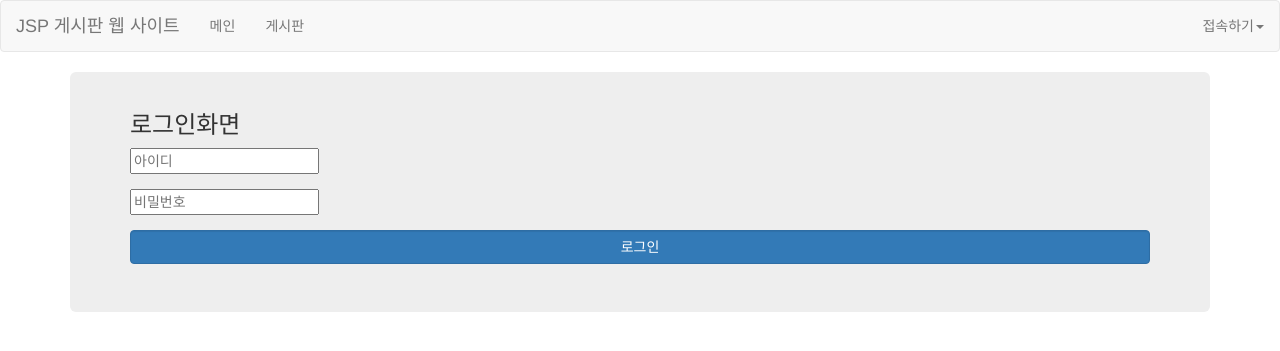
Repository: tykwon97/JSP
Page: http://localhost/BBS/join.jsp
An editor plug-in stored every save of this project. The page is shown before and after the next save, followed by the edit.
The browser window is 1280 px wide. The pictures show the whole page.
Some web libraries are served in a nearby version. The page is served by Tomcat 9. Other server files are loaded and not shown.

Above is the page before, as saved 2021-01-28 07:05:32.

### projects/BBS/WebContent/join.jsp
<%@ page language="java" contentType="text/html; charset=UTF-8"
    pageEncoding="UTF-8"%>
<!DOCTYPE html>
<html>
<head>
<meta http-equiv="Content-Type" content="text/html"; charset="UTF-8">
<meta name = "viewport", content="width=device-width", initial-scale="1">
<link rel="stylesheet" href="css/bootstrap.css">
<title>JSP 게시판 웹 사이트</title>
</head>
<body>
	<nav class="navbar navbar-default">
		<div class="navbar-header">
			<button type="button" class="navbar-toggle collapsed" data-toggle="collapse" data-target="#bs-example-navbar-collapse-1"
			aria-expanded="false">
			<span calss="icon-bar"></span>
			<span calss="icon-bar"></span>
			<span calss="icon-bar"></span>
			</button>
			<a class="navbar-brand" href="main.jsp">JSP 게시판 웹 사이트</a>
		</div>
		<div class="collapse navbar-collapse" id = "bs-example-navbar-collapse-1">
			<ul class="nav navbar-nav">
				<li><a href="main.jsp">메인</a></li>
				<li><a href="bbs.jsp">게시판</a></li>
			</ul>
			<ul class="nav navbar-nav navbar-right">
				<li class = "dropdown">
					<a href="#" class = "dropdown-toggle" data-toggle = "dropdown" role = "button" aria-haspopup="true" aria-expanded="false">
					접속하기<span class="caret"></span> <!-- 아이콘 -->
					</a>
					<ul class="dropdown-menu">
						<li class="active"><a href="login.jsp">로그인</a></li> <!-- class="active" : 현재 선택이 됨 -->
						<li ><a href="join.jsp">회원가입</a></li>
					</ul>
				</li>

			</ul>
		</div>
	</nav>

	<div class="container">
		<div class ="col-lg-4"></div>
		<div class ="col-lg-4"></div>
			<div class="jumbotron" style="padding-top : 20px;">
				<form method="post" action="loginAction.jsp">
					<h3 style = "text-align;center;">로그인화면</h3>
					<div class ="form-group">
						<input type="text" calss="form-control" placeholder="아이디" name = "userID" maxlength="20">
					</div>
					<div class ="form-group">
						<input type="password" calss="form-control" placeholder="비밀번호" name = "userPassword" maxlength="20">
					</div>
					<input type="submit" class="btn btn-primary form-control" value="로그인">
				</form>
			</div>
		<div class ="col-lg-4"></div>
	</div>
	<script src="https://code.jquery.com/jquery-3.1.1.min.js"></script>
	<script src="js/bootstrap.js"></script>
</body>
</html>

Loaded but not shown: projects/BBS/WebContent/css/bootstrap.css (library); projects/BBS/WebContent/js/bootstrap.js (library)

After the next save:
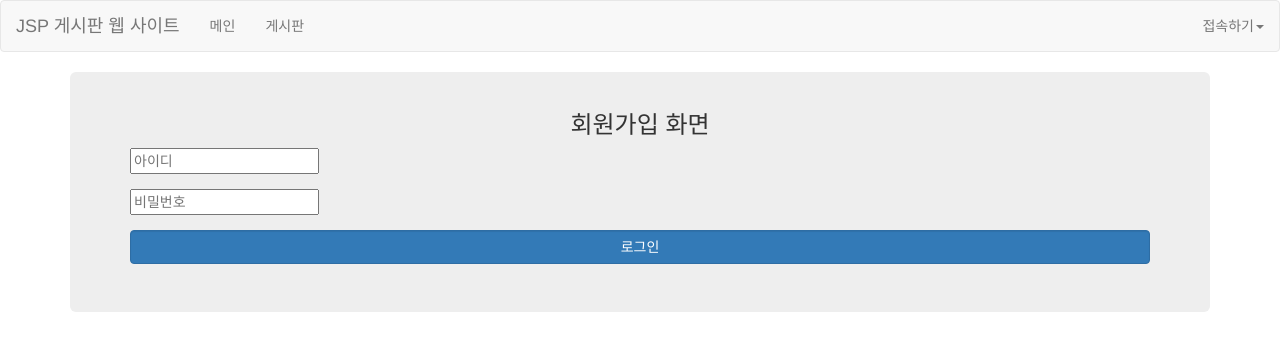
Saved 101 s later.
--- a/projects/BBS/WebContent/join.jsp
+++ b/projects/BBS/WebContent/join.jsp
@@ -44,7 +44,7 @@
 		<div class ="col-lg-4"></div>
 			<div class="jumbotron" style="padding-top : 20px;">
 				<form method="post" action="loginAction.jsp">
-					<h3 style = "text-align;center;">로그인화면</h3>
+					<h3 style = "text-align : center;">회원가입 화면</h3>
 					<div class ="form-group">
 						<input type="text" calss="form-control" placeholder="아이디" name = "userID" maxlength="20">
 					</div>
